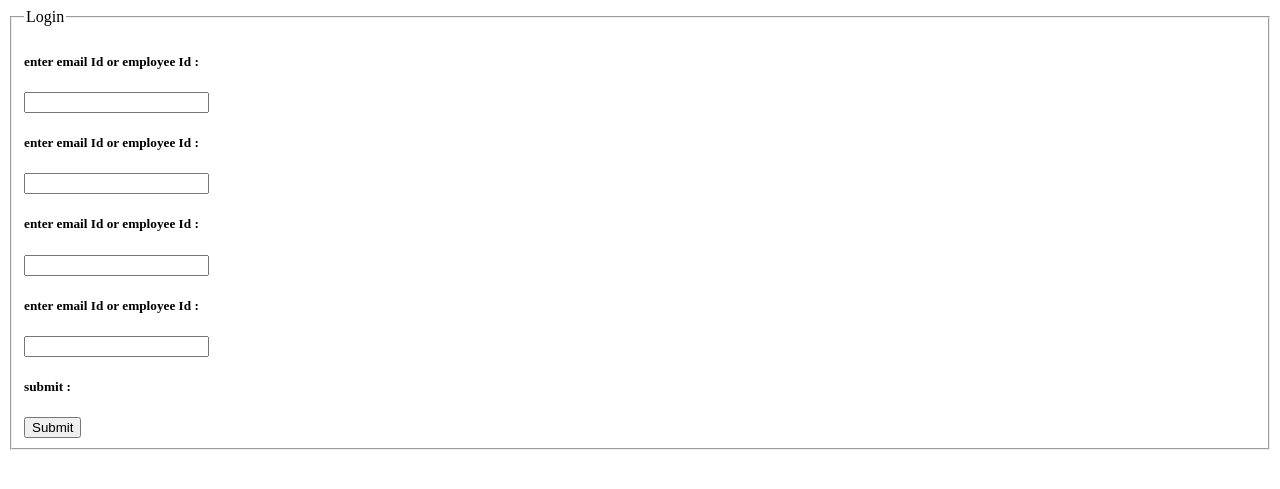
Repository: Tapaskrr/all-project
Page: http://localhost/check_check/WEB-INF/views/login.jsp
The author's editor kept a copy of each file at every save. The page is drawn from the files as they stood at one save, then again after the next save.
The browser window is 1280 px wide. The pictures show the whole page.
The page is served by Tomcat 9. Nobody is signed in. The template is opened directly, without the code that normally fills it, so the values that code supplies are empty.

Above is the page before, as saved 2022-10-23 16:56:54.

After the next save:
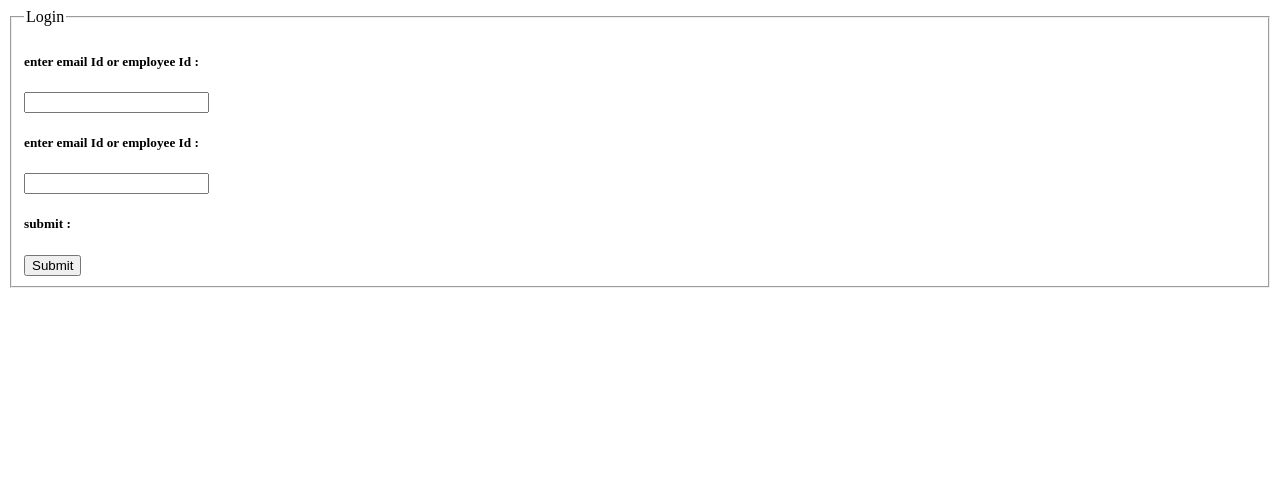
Saved 36 s later.
--- a/Eclipse New Workspace/check_check/src/main/webapp/WEB-INF/views/login.jsp
+++ b/Eclipse New Workspace/check_check/src/main/webapp/WEB-INF/views/login.jsp
@@ -11,12 +11,6 @@
 <legend>Login</legend>
 
 <form action="./loginPage">
-
-<h5>enter email Id or employee Id : </h5>
-<input type="text" name="userId">
-
-<h5>enter email Id or employee Id : </h5>
-<input type="text" name="userName">
 
 <h5>enter email Id or employee Id : </h5>
 <input type="text" name="userEmailId">
